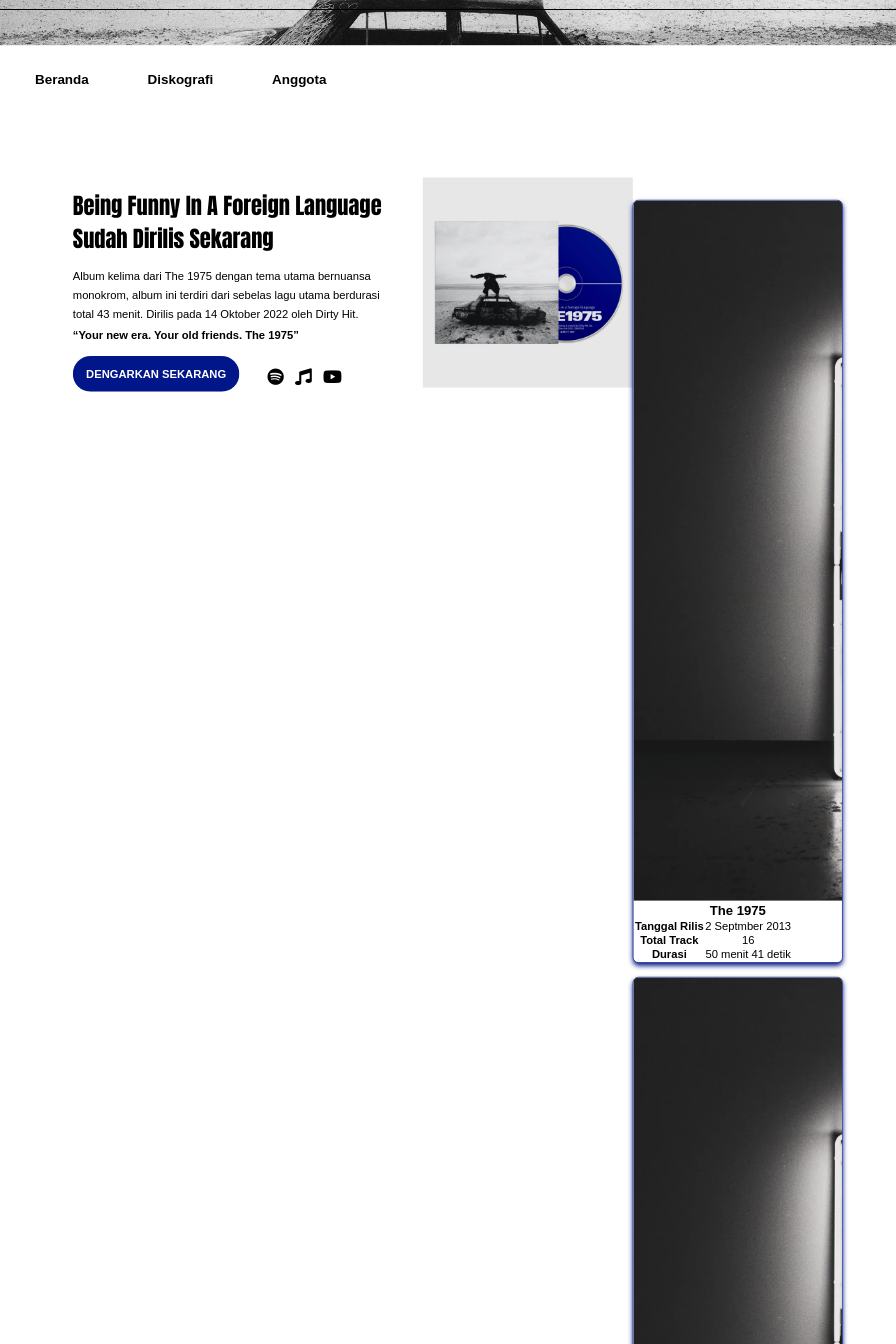
Repository: dikiyuda-1904/the-1975-html-css-landing-page
Page: index.html
An editor plug-in stored every save of this project. The page is shown before and after the next save, followed by the edit.
The browser window is 1280 px wide. The pictures show the part of the page from y = 352 to 2272 px (the page is 4011 px tall before and 3907 px after), at 70% of full size.

Above is the page before, as saved 2024-09-30 21:14:53.

### index.html
<!DOCTYPE html>
<html lang="en">
  <head>
    <meta charset="UTF-8" />
    <meta name="viewport" content="width=device-width, initial-scale=1.0" />
    <title>The 1975</title>

    <!-- CSS -->
    <link rel="stylesheet" href="css/app.css" />

    <!-- Google Fonts -->
    <link rel="preconnect" href="https://fonts.googleapis.com" />
    <link rel="preconnect" href="https://fonts.gstatic.com" crossorigin />
    <link
      href="https://fonts.googleapis.com/css2?family=Anton&family=Open+Sans:ital,wght@0,300..800;1,300..800&display=swap"
      rel="stylesheet"
    />

    <!-- Font Awesome -->
    <link
      rel="stylesheet"
      href="https://cdnjs.cloudflare.com/ajax/libs/font-awesome/5.15.4/css/all.min.css"
      integrity="sha512-1ycn6IcaQQ40/MKBW2W4Rhis/DbILU74C1vSrLJxCq57o941Ym01SwNsOMqvEBFlcgUa6xLiPY/NS5R+E6ztJQ=="
      crossorigin="anonymous"
      referrerpolicy="no-referrer"
    />
  </head>
  <body>
    <header class="navbar-container">
      <div class="jumbotron">
        <h1>The 1975</h1>
        <p>Your New Era. Your Old Friend</p>
      </div>

      <nav class="nav-list">
        <ul>
          <li><a href="#beranda">Beranda</a></li>
          <li><a href="#diskografi">Diskografi</a></li>
          <li><a href="#anggota">Anggota</a></li>
        </ul>
      </nav>
    </header>

    <main>
      <div class="content">
        <article id="beranda">
          <div class="content-beranda">
            <div class="content-description">
              <h1 class="title">
                Being Funny In A Foreign Language Sudah Dirilis Sekarang
              </h1>
              <p>
                Album kelima dari The 1975 dengan tema utama bernuansa monokrom,
                album ini terdiri dari sebelas lagu utama berdurasi total 43
                menit. Dirilis pada 14 Oktober 2022 oleh Dirty Hit.<br /><q
                  >Your new era. Your old friends. The 1975</q
                >
              </p>
            </div>
            <div class="content-image">
              <img
                src="./img/album-cover.webp"
                alt="Being Funny In A Foreign Language"
              />
            </div>
          </div>

          <div class="platform">
            <div class="button-platform">
              <button>Dengarkan Sekarang</button>
              <div class="music-platform">
                <ul>
                  <li>
                    <a href="#"><i class="fab fa-spotify"></i></a>
                  </li>
                  <li>
                    <a href="#"><i class="fa fa-music"></i></a>
                  </li>
                  <li>
                    <a href="#"><i class="fab fa-youtube"></i></a>
                  </li>
                </ul>
              </div>
            </div>
          </div>
        </article>

        <article id="diskografi">
          <div class="card-container">
            <div class="card">
              <div class="card-image">
                <img src="./img/album-the-1975.jpg" alt="The 1975 Cover Art" />
              </div>
              <div class="card-content">
                <h3>The 1975</h3>
                <table>
                  <tr>
                    <th>Tanggal Rilis</th>
                    <td>2 Septmber 2013</td>
                  </tr>
                  <tr>
                    <th>Total Track</th>
                    <td>16</td>
                  </tr>
                  <tr>
                    <th>Durasi</th>
                    <td>50 menit 41 detik</td>
                  </tr>
                </table>
              </div>
            </div>
            <div class="card">
              <div class="card-image">
                <img src="./img/album-the-1975.jpg" alt="The 1975 Cover Art" />
              </div>
              <div class="card-content">
                <h3>The 1975</h3>
                <table>
                  <tr>
                    <th>Tanggal Rilis</th>
                    <td>2 Septmber 2013</td>
                  </tr>
                  <tr>
                    <th>Total Track</th>
                    <td>16</td>
                  </tr>
                  <tr>
                    <th>Durasi</th>
                    <td>50 menit 41 detik</td>
                  </tr>
                </table>
              </div>
            </div>
            <div class="card">
              <div class="card-image">
                <img src="./img/album-the-1975.jpg" alt="The 1975 Cover Art" />
              </div>
              <div class="card-content">
                <h3>The 1975</h3>
                <table>
                  <tr>
                    <th>Tanggal Rilis</th>
                    <td>2 Septmber 2013</td>
                  </tr>
                  <tr>
                    <th>Total Track</th>
                    <td>16</td>
                  </tr>
                  <tr>
                    <th>Durasi</th>
                    <td>50 menit 41 detik</td>
                  </tr>
                </table>
              </div>
            </div>
          </div>
        </article>
      </div>
    </main>
  </body>
</html>

### css/app.css
*,
*::after,
*::before {
  box-sizing: border-box;
  padding: 0;
  margin: 0;
}

body {
  font-family: "New Amsterdam", Arial, Helvetica, sans-serif;

  height: 100vh;
  margin: 0;

  display: flex;
  flex-direction: column;
}

header {
  width: 100%;
}

header.navbar-container {
  width: 100%;

  padding-block: 1rem;

  display: flex;
  flex-direction: column;
  align-items: center;
}

.jumbotron {
  width: 100%;
  background-image: url("../img/the-1975-bfiafl.jpg");
  background-position: 0 center;
  background-size: cover;
  padding: 50px 20px;
  text-align: center;
  height: 400px;
}

header h1 {
  font-family: "Anton", "Open Sans", Helvetica, Arial, sans-serif;
  font-size: 100px;
  color: #001689;
  text-shadow: -1px -1px 0 white, 1px -1px 0 white, -1px 1px 0 white,
    1px 1px 0 white;
}

header p {
  font-family: Helvetica, Arial, sans-serif;
  color: white;
  font-size: 2rem;
}

header.navbar-container .nav-list ul {
  display: flex;
  gap: 3rem;
  padding: 2rem;
}

header.navbar-container .nav-list li {
  list-style-type: none;
  font-size: 25px;
}

.nav-list {
  width: 100%;
}

.nav-list li a {
  font-family: Arial, Helvetica, sans-serif;
  font-weight: bolder;
  font-size: 1.2rem;
  padding: 0.5rem 1rem;
  color: black;
  text-decoration: none;

  border-radius: 999px;
  border: 2px solid transparent;

  transition: all 0.2s ease-in-out;
}

.nav-list li:hover a {
  color: #001689;
  border: 2px solid #001689;
}

main {
  flex: 1;

  width: 100%;
  max-width: 1200px;
  margin-inline: auto;
  padding: 2rem 4rem;
  margin-top: 3rem;
  display: flex;
  align-items: center;
}

main .content {
  flex: 1;

  display: flex;
  justify-content: center;
}

main .content .content-beranda {
  display: flex;
}
main .content .content-description {
  flex: 1 1;
}

main .content .content-description .title {
  font-family: "Anton", "Open Sans", Helvetica, Arial, sans-serif;
  font-size: 2rem;
  font-weight: 400;
  color: black;
  line-height: 1.5;

  width: 500px;
  margin-block: 1rem;
}

main .content .content-description p {
  font-family: Arial, Helvetica, sans-serif;
  font-size: 16px;
  text-align: start;
  line-height: 1.7;

  max-width: 450px;
}

main .content .content-description q {
  font-weight: 600;
  line-height: 2;
}

main .content .content-image {
  display: flex;
  flex: 1;
}

main .content .content-image img {
  width: 300px;
  min-width: 200px;
  margin: auto;
}

main .content .platform {
  display: flex;
  flex-direction: column;
}

main .content .button-platform button {
  padding: 1rem 1rem;
  border: 3px solid transparent;
  border-radius: 999px;
  margin-block-start: -45px;
  height: 3.2rem;

  display: flex;
  align-items: center;
  gap: 1rem;

  background-color: #001689;

  font-family: Arial, Helvetica, sans-serif;
  text-transform: uppercase;
  font-size: 1rem;
  font-weight: 700;
  color: white;

  white-space: nowrap;

  cursor: pointer;
  transition: all 0.15s ease-in;
}

main .content .button-platform button:hover {
  border: 3px solid #001689;
  background-color: transparent;

  color: #001689;
}

main .content .button-platform {
  display: flex;
}

main .content .music-platform {
  width: 100%;
  display: flex;
}

main .content .music-platform ul {
  display: flex;
  align-items: center;
  margin: 1rem 1.5rem;
  padding: 1rem;
  gap: 1rem;
  margin-block-start: -45px;
}

main .content .music-platform li {
  list-style-type: none;
}

main .content .music-platform li a {
  font-size: 1.5rem;
  color: black;
}

.card-container {
  display: flex;
  flex-wrap: wrap;
  gap: 20px;
  justify-content: space-between;
  margin: 2rem auto;
  max-width: 1200px;
}

.card {
  background-color: white;
  border: 1px solid #001689;
  border-radius: 8px;
  box-shadow: 0 4px 8px #001689;
  overflow: hidden;
  width: 300px;
  text-align: center;
  transition: transform 0.3s ease-in-out;
}

.card:hover {
  transform: translateY(-10px);
}

.card .card-image {
  width: 100%;
  height: 3;
}

After the next save:
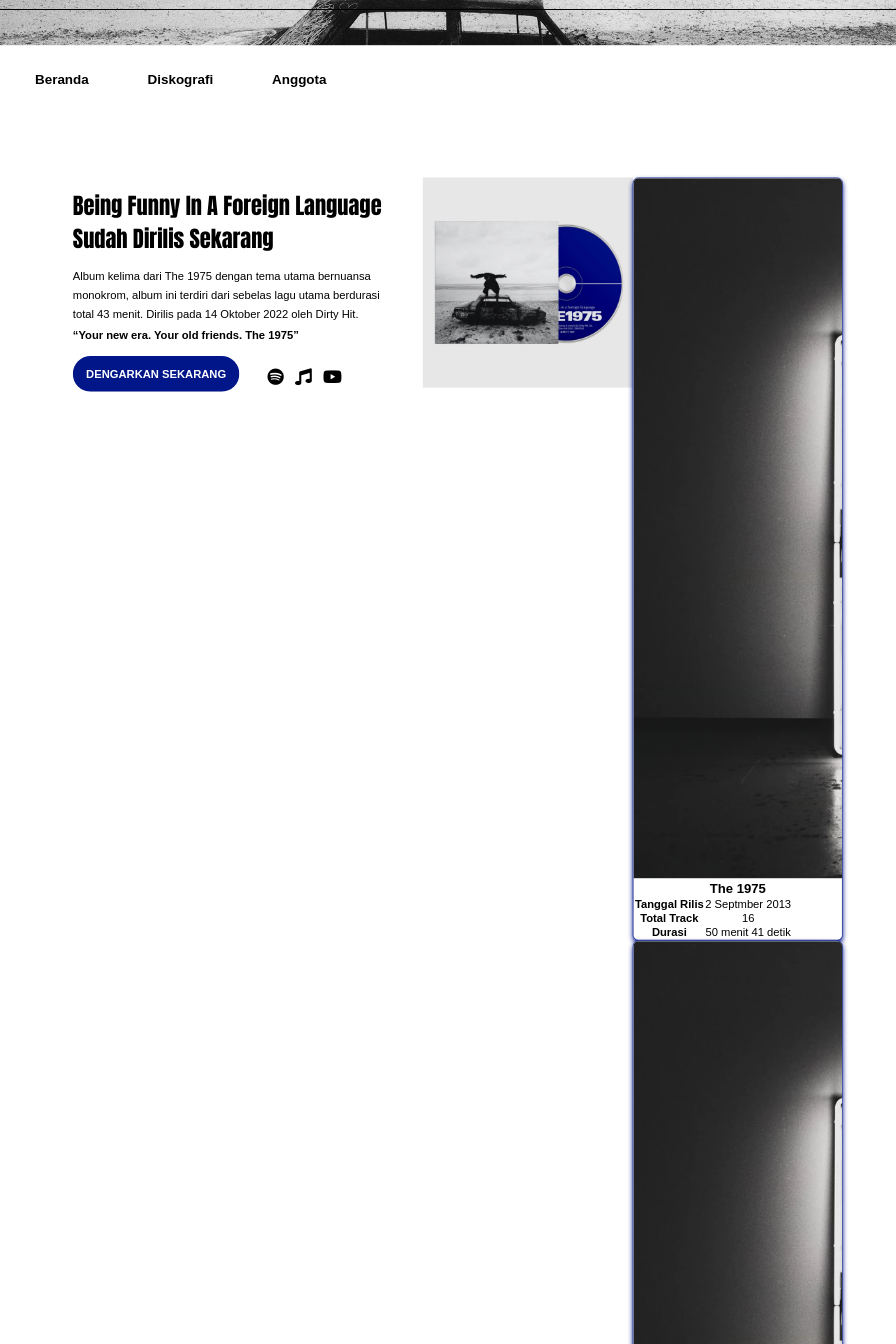
Saved 30 s later.
--- a/css/app.css
+++ b/css/app.css
@@ -217,10 +217,7 @@
 .card-container {
   display: flex;
   flex-wrap: wrap;
-  gap: 20px;
   justify-content: space-between;
-  margin: 2rem auto;
-  max-width: 1200px;
 }
 
 .card {
